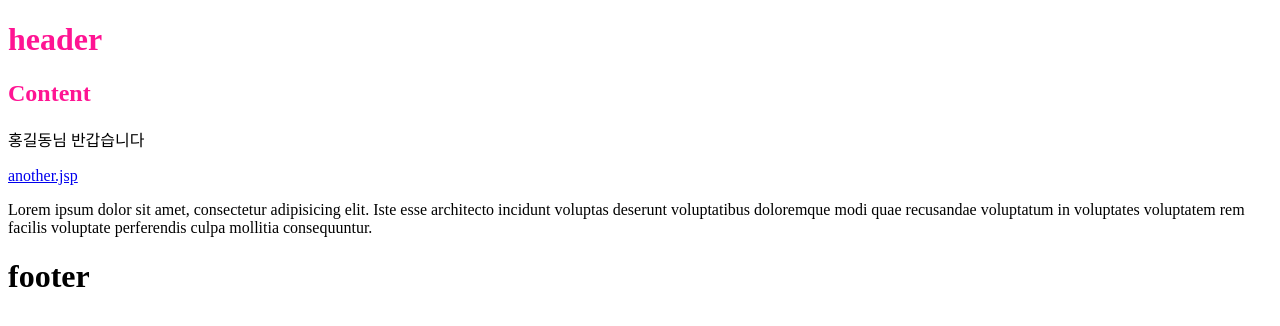
Repository: kianpas/KH_Server
Page: http://localhost/01_helloweb/jsp/include.jsp
The author's editor kept a copy of each file at every save. The page is drawn from the files as they stood at one save, then again after the next save.
The browser window is 1280 px wide. The pictures show the whole page.
The page is served by Tomcat 9.

Above is the page before, as saved 2021-03-24 12:36:50.

After the next save:
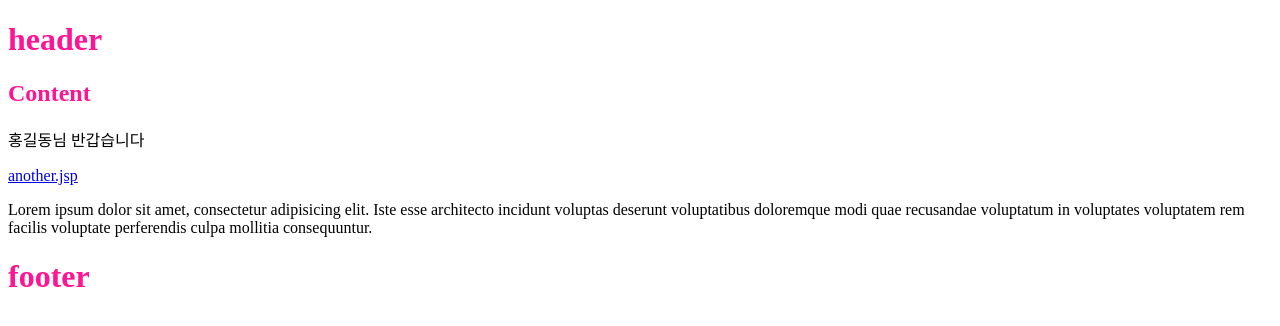
Saved 7 min 39 s later.
--- a/01_helloweb/WebContent/jsp/include.jsp
+++ b/01_helloweb/WebContent/jsp/include.jsp
@@ -8,5 +8,7 @@
 			esse architecto incidunt voluptas deserunt voluptatibus doloremque
 			modi quae recusandae voluptatum in voluptates voluptatem rem facilis
 			voluptate perferendis culpa mollitia consequuntur.</p>
-	<script>$("h1").css("color", "deeppink");</script>
+	<script>$(function(){
+		$("h1").css("color", "deeppink")
+	})</script>
 	<%@ include file="/jsp/footer.jsp"%>
